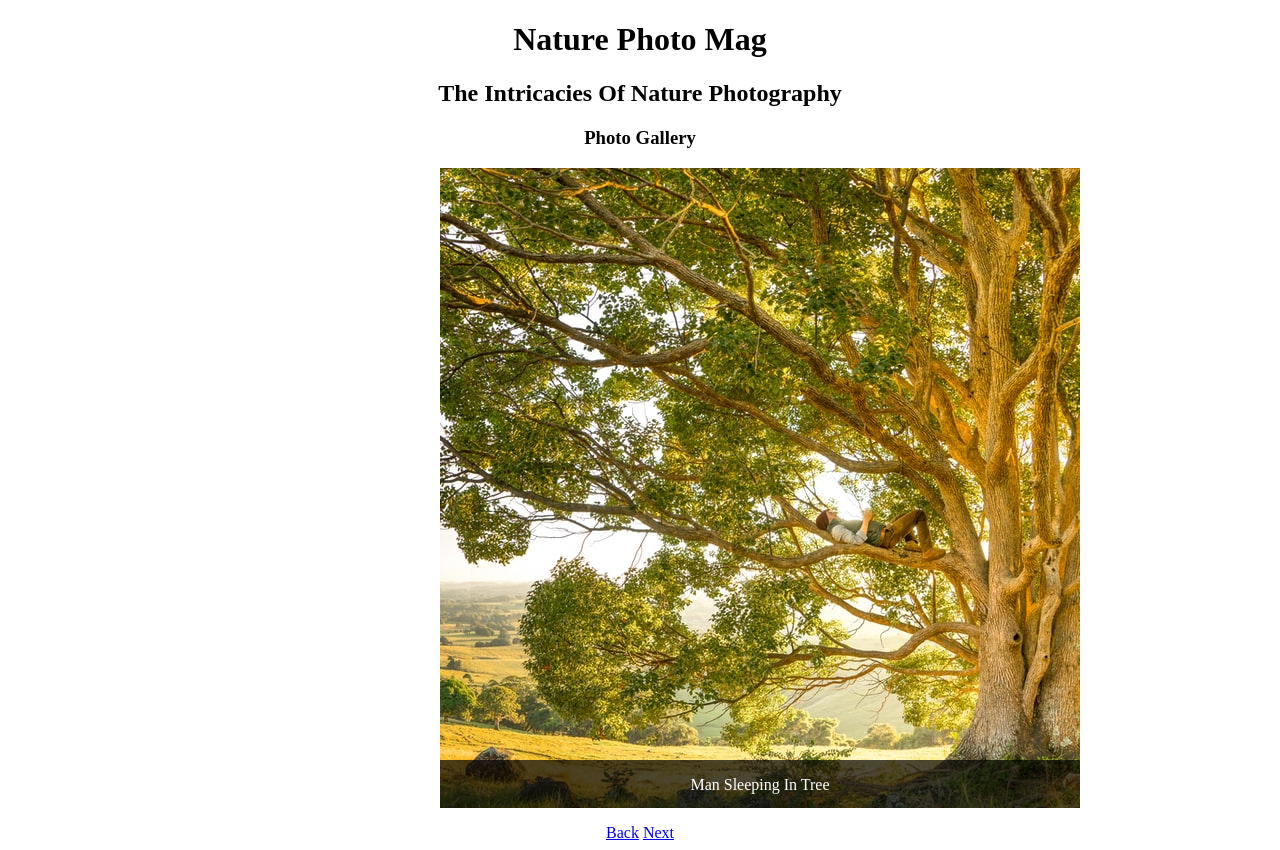
Repository: alexmaddux99/Image-Gallery
Page: index.html
These files come from the project's save history. The page is drawn as it stood at one moment and after the next save; the edit follows.
The browser window is 1280 px wide. The pictures show the whole page.

Above is the page before, as saved 2022-03-08 12:15:32.

After the next save:
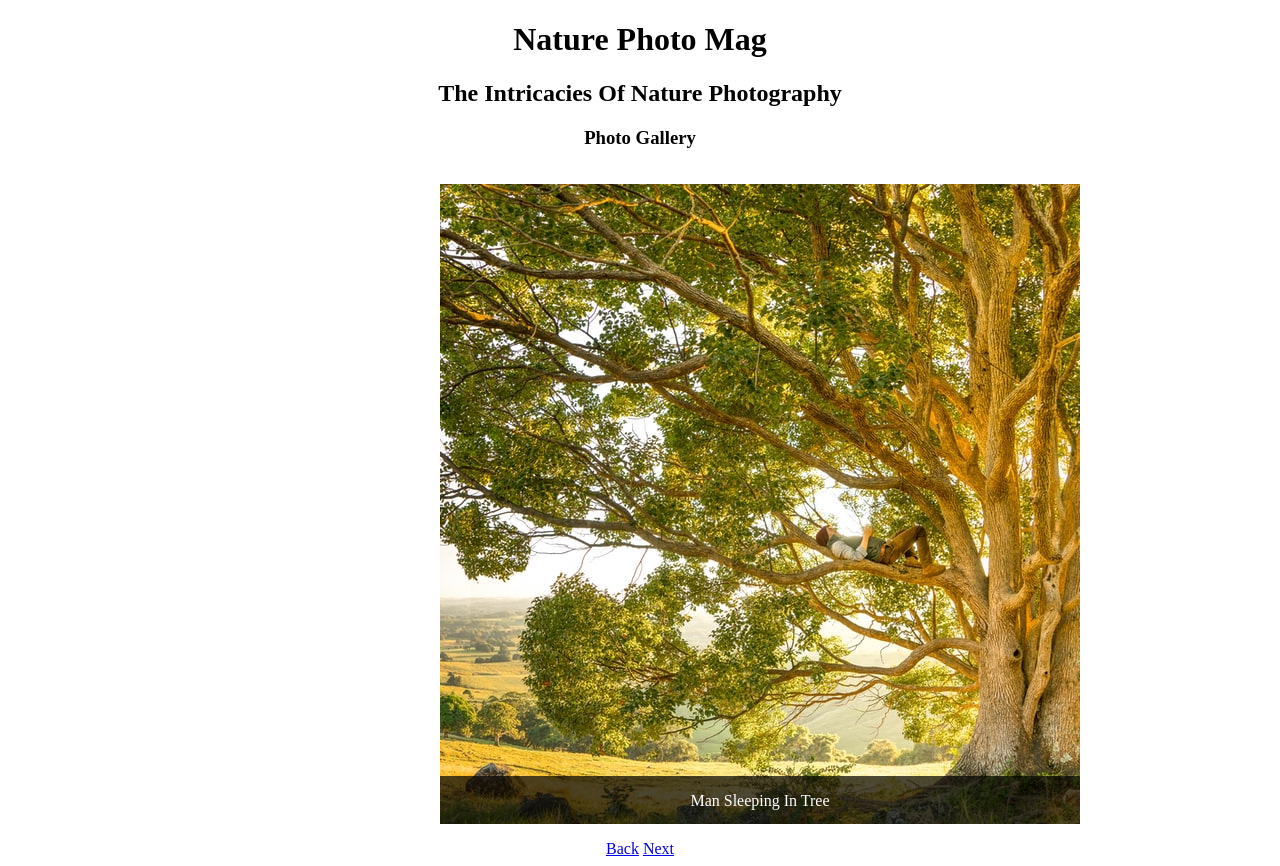
Saved 6 s later.
--- a/css/main.css
+++ b/css/main.css
@@ -57,7 +57,7 @@ section {
 }
 
 figure{
-  float:inherit;
+  float:left;
   width: 300px;
 
 
